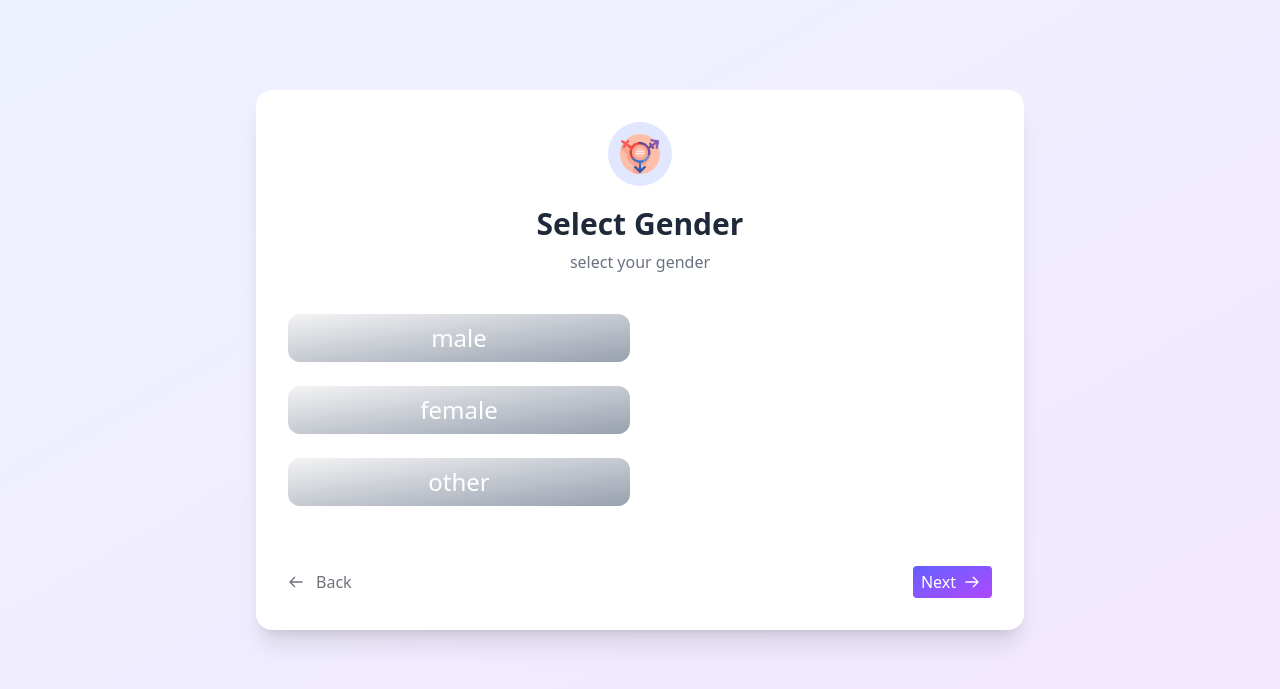
Repository: aryan151pratap/FitPanda
Page: / (app in frontened/)
The author's editor kept a copy of each file at every save. The page is drawn from the files as they stood at one save, then again after the next save.
The browser window is 1280 px wide. The pictures show the whole page.
The project was rebuilt for these pictures with package versions that can differ from the ones it lists, and the page was loaded fresh each time. Also part of the build but not shown: frontened/vite.config.js, frontened/src/App.css, frontened/src/components/page_1.jsx, frontened/src/login/login.jsx, frontened/src/login/sign_up.jsx, frontened/src/login/otp.jsx, frontened/src/notification/notify.jsx, frontened/src/about_user/details.jsx. Imported but missing from the stored project, and not drawn on this page: frontened/src/video/female_video.mp4.

Above is the page before, as saved 2025-06-05 01:11:49.

After the next save:
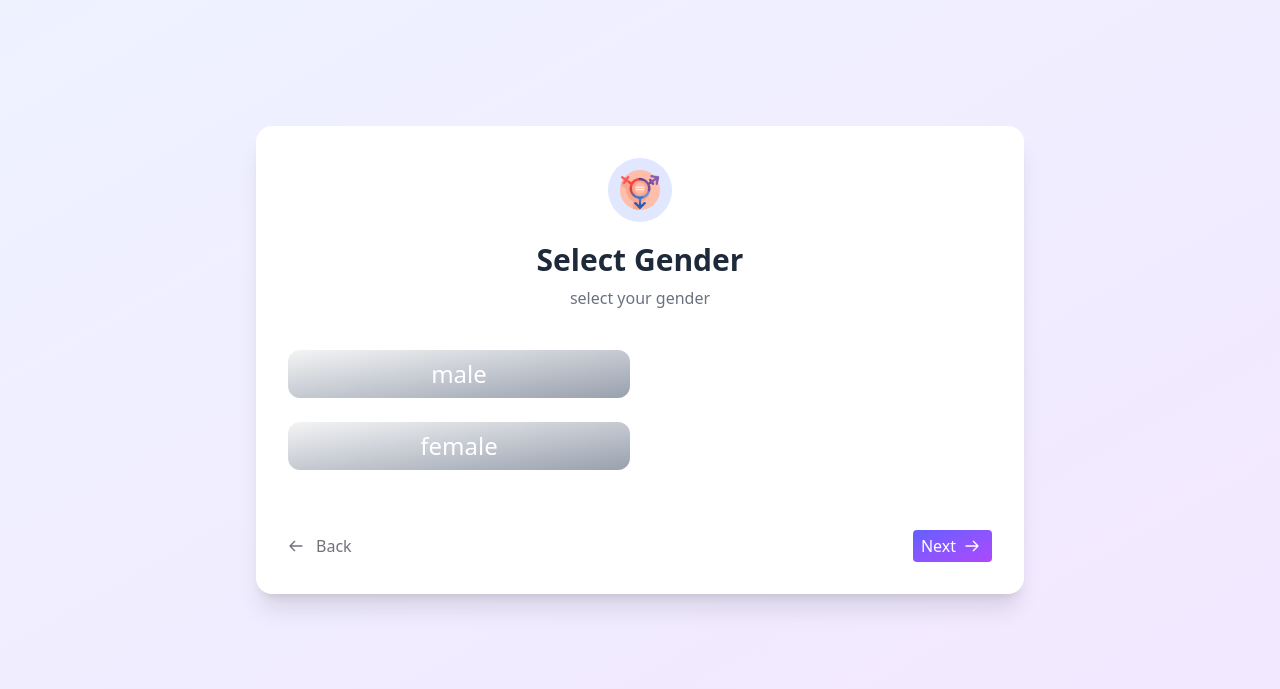
Saved 18 min 51 s later.
--- a/frontened/src/about_user/gender.jsx
+++ b/frontened/src/about_user/gender.jsx
@@ -11,7 +11,6 @@
 	const gen = [
 		{name: 'male', image: male_panda},
 		{name: 'female', image: female_panda},
-		{name: 'other', image: male_panda}
 	];
 
 	const handle_select_gender = function(i){
